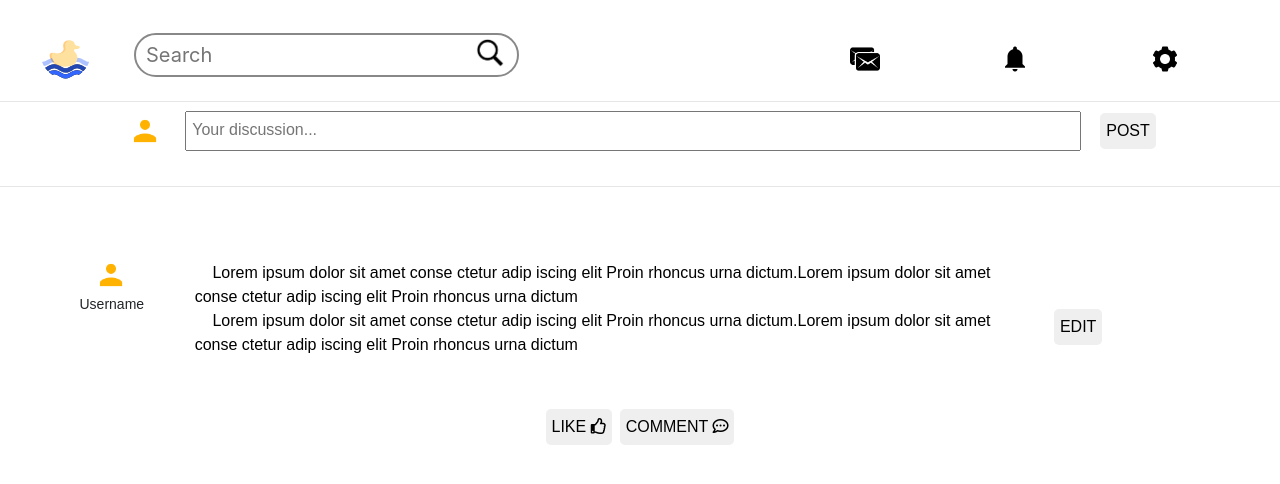
Repository: AOY311/DuckEdu
Page: discusion.html
These files come from the project's save history. The page is drawn as it stood at one moment and after the next save; the edit follows.
The browser window is 1280 px wide. The pictures show the whole page.
Some web libraries are served in a nearby version.

Above is the page before, as saved 2021-10-23 22:58:55.
Not found: comment.css

### discusion.html
<!DOCTYPE html>
<html lang="en">

<head>
    <meta charset="UTF-8" />
    <meta http-equiv="X-UA-Compatible" content="IE=edge" />
    <meta name="viewport" content="width=device-width, initial-scale=1.0" />
    <title>Comment</title>
    <link rel="stylesheet" href="comment.css" />

    <script src="https://kit.fontawesome.com/a0a7c0f0d8.js" crossorigin="anonymous"></script>

    <link rel="stylesheet" href="https://stackpath.bootstrapcdn.com/bootstrap/4.1.3/css/bootstrap.min.css" />
    <link rel="stylesheet" href="https://use.fontawesome.com/releases/v5.3.1/css/all.css" />
    <script src="https://cdnjs.cloudflare.com/ajax/libs/jquery/3.3.1/jquery.min.js"></script>
    <script src="https://stackpath.bootstrapcdn.com/bootstrap/4.1.3/js/bootstrap.min.js"></script>
    <link rel="stylesheet" href="CSS/toolbar.css">
    <style>
        .disc {
            margin: 0;
            padding: 0;
            font-family: sans-serif;
        }

        .img-avt {
            width: 50px;
            padding: 10px;
        }

        .ip-disc {
            height: 40px;
            padding: 6px;
            margin: 10px 15px;
            width: 70%;
            outline: none;
            resize: none;
            max-height: 200px;
        }

        .ip-disc::-webkit-scrollbar {
            display: none;
        }

        .btn {
            padding: 6px;
            width: fit-content;
            cursor: pointer;
            border-radius: 5px;
            transition: 0.25s;
            margin: 0 4px;
            outline: none;
            border: none;
        }

        .btn:hover {
            background-color: rgb(190, 190, 190);
        }

        .btn-like:hover {
            background-color: #74b9ff;
        }

        .btn-cmt:hover {
            background-color: #55efc4;
        }

        .body-disc {
            padding: 8px;
            margin-top: 11px;
            display: flex;
            flex-direction: column;
            justify-content: center;
            align-items: center;
        }

        .posted-disc {
            max-width: 1209px;
        }

        .ur-new-cmt {
            display: flex;
            flex-direction: column;
        }

        .posted-disc,
        .ur-new-cmt,
        .oth-cmted {
            display: flex;
            align-items: center;
            width: 100%;
            text-align: justify;
            justify-content: center;
            position: relative;
            margin-top: 40px;
        }

        .line-disc {
            padding: 6px;
            width: 70%;
            margin: 10px 15px;
            outline: none;
            resize: none;
            border: none;
        }

        .line-disc::-webkit-scrollbar {
            display: none;
        }

        .disc-react {
            text-align: center;
            display: flex;
            justify-content: space-between;
        }

        .username {
            position: absolute;
            top: 5px;
            left: 50px;
        }

        .username::after {
            content: "Username";
            position: absolute;
            top: 80%;
            left: -10px;
            font-size: 14px;
            padding: 4px;
        }

        .cmt-in-cmt {
            padding: 20px 40px;
            position: relative;
            display: flex;
            flex-direction: row;
            min-width: 810px;
        }

        textarea[readonly="true"] {
            height: fit-content;
        }

        .error_ms {
            display: block;
        }

        #dis_checkIp {
            margin-left: 150px;
            margin-top: -2%;
            color: red;
            display: none;
        }

        #com_checkIp {
            margin-left: 150px;
            color: red;
            display: none;
        }

        .header-disc {
            display: flex;
            align-items: center;
            justify-content: center;
            padding-bottom: 25px;
            box-shadow: rgba(17, 17, 26, 0.1) 0px 1px 0px;
        }

        .active-like {
            background-color: #74b9ff;
            color: #fff;
        }

        .active-cmt {
            background-color: #55efc4;
            color: #fff;
        }
    </style>
</head>

<body onload="hide_comment()">
    <div class="header">
        <nav class="header-contener">
            <div class="contener">
                <div class="side-left">
                    <span>
                        <a href="home.jsp" class="logo"><img id="logo_home" src="img/logo.svg" alt="logo"></a>
                         <div id="DuckEdu">
                             DUCK EDU
                         </div>
                    </span>
                    <span>
                        <div class="search">
                            <form action="#" method="GET">
                                <button class="icon btn-search " id="searchIcon" type="submit"><img src="./img/search.png" alt=""></button>
                                <input type="text" id="searchInput" placeholder="Search">
                            </form>
                            <div class="list-result-search">
                                <div class="result-search" id="a1" role="button" ><data>abcabcabcabcabcabcabcabcabcabcabcabcabcabcabcabc</data></div>
                                <div class="result-search" id="a2" role="button" >abc</div>
                                <div class="result-search" id="a3" role="button" >abc</div>
                                <div class="result-search" id="a4" role="button" >abc</div>
                                <div class="result-search" id="a5" role="button" >abc</div>
                                <div class="result-search" id="a6" role="button" >abc</div>
                            </div>
                        </div>
                    </span>
                </div>
                <div class="side-right">
                    <div class="option">
                        <nav>
                            <ul class="header_ul">
                                <li><img class="icon" src="img/message.png" alt="">
                                    <ul class="drop">
                                        <a href="message.html">
                                            <li>
                                                <img style="width: 25px; padding-right: 10px;" src="https://www.gravatar.com/avatar/205e460b479e2e5b48aec07710c08d50" /> some thing content there, Im handsome guy
                                            </li>
                                        </a>
                                        <a href="message.html">
                                            <li>
                                                <img style="width: 25px; padding-right: 10px;" src="https://www.gravatar.com/avatar/205e460b479e2e5b48aec07710c08d50" /> some thing content there, Im handsome guy
                                            </li>
                                        </a>

                                    </ul>
                                </li>
                                <li><img class="icon" src="img/bell.png" alt="">
                                    <ul class="drop">
                                        <li>
                                            <img style="width: 25px; padding-right: 10px;" src="https://www.gravatar.com/avatar/205e460b479e2e5b48aec07710c08d50" /> some thing content there, Im handsome guy
                                        </li>
                                    </ul>
                                </li>
                                <li><img class="icon" src="img/setting.png" alt="">
                                    <ul class="drop setting">
                                        <a style="width: 100%;" href="user.jsp">
                                            <li>
                                                <img style="width: 25px; padding-right: 10px;" src="https://www.gravatar.com/avatar/205e460b479e2e5b48aec07710c08d50" /> User
                                            </li>
                                        </a>
                                        <a style="width: 100%;" href="setting.jsp">
                                            <li>
                                                Setting page
                                            </li>
                                        </a>
                                        <li>
                                            Logout
                                        </li>
                                    </ul>
                                </li>
                            </ul>
                        </nav>
                    </div>
                </div>
            </div>
        </nav>
    </div>
    <div class="disc" id="disc-id">
        <!-- Your Input to Disscussion -->
        <div class="header-disc">
            <img src="./img/avt.png" alt="avatar" class="img-avt" />
            <textarea placeholder="Your discussion..." class="ip-disc" id="post-discusion-value"></textarea>
            <button type="submit" class="btn btn-post" id="post-discusion" onclick="postDiscusion()">
            POST
          </button>
        </div>
        <p id="dis_checkIp">INVALID</p>

        <!-- Body Disscussion -->
        <div class="body-disc">
            <!-- add div right there -->
            <div id="container-discusion"></div>
            <!-- posted disscussion -->
            <div class="posted-disc" id="test_id_2">
                <div class="username">
                    <img src="./img/avt.png" alt="avatar" class="img-avt" />
                </div>
                <textarea class="line-disc" id="test_id" readonly>
    Lorem ipsum dolor sit amet conse ctetur adip iscing elit Proin rhoncus urna dictum.Lorem ipsum dolor sit amet conse ctetur adip iscing elit Proin rhoncus urna dictum
    Lorem ipsum dolor sit amet conse ctetur adip iscing elit Proin rhoncus urna dictum.Lorem ipsum dolor sit amet conse ctetur adip iscing elit Proin rhoncus urna dictum
            </textarea>
                <button class="btn btn-edit" id="test_id_1" onclick="edit(this.id)">
              EDIT
            </button>
            </div>
            <div class="disc-react" id="post-form">
                <button class="btn btn-like">
              LIKE <i class="far fa-thumbs-up"></i>
            </button>
                <button class="btn btn-cmt" onclick="hide_comment()">
              COMMENT <i class="far fa-comment-dots"></i>
            </button>
            </div>

            <!-- Cmt in another post -->
            <div class="cmt-in-cmt" id="myDIV">
                <div class="ur-new-cmt">
                    <div class="username">
                        <img src="./img/avt.png" alt="avatar" class="img-avt" />
                    </div>
                    <textarea placeholder="Your discussion..." class="ip-disc" id="post-comment-value"></textarea>
                    <button type="submit" class="btn btn-post" id="post-comment" onclick="postComment()">
                POST
              </button>
                </div>
                <p id="com_checkIp">INVALID</p>

                <div id="container-comment"></div>

                <div class="oth-cmted">
                    <div class="username">
                        <img src="./img/avt.png" alt="avatar" class="img-avt img-oth" />
                    </div>
                    <textarea class="line-disc" readonly>
    Lorem ipsum dolor sit amet conse ctetur adip iscing elit Proin rhonc us urna dictum
                </textarea>
                    <button class="btn btn-like">
                LIKE <i class="far fa-thumbs-up"></i>
              </button>
                </div>
                <!-- <div class="disc-react">
              </div> -->
            </div>
        </div>
    </div>

    <script>
        const textarea = document.querySelectorAll("textarea");
        textarea.forEach((element) => {
            element.addEventListener("keydown", (e) => {
                element.style.height = "40px";
                let scHeight = e.target.scrollHeight;
                element.style.height = `${scHeight}px`;
            });
        });

        function resetArea(element) {
            element.style.height = "40px";

        }
        window.onload = function() {
            hide_comment();
        };

        function hide_comment() {
            var x = document.getElementById("myDIV");
            if (x.style.display === "none") {
                x.style.display = "block";
            } else {
                x.style.display = "none";
            }
        }

        function autoheight() {
            $(".line-disc").each(function() {
                $(this).height(this.scrollHeight);
            });
        }

        $(document).ready(function() {
            autoheight();
        });

        function postDiscusion() {
            var ms = document.getElementById("dis_checkIp");
            var textarea = document.getElementById("post-discusion-value");
            var result = textarea.value;
            if (!result.trim() == "") {
                ms.style.display = "none";

                jQuery("#container-discusion").append(
                    '<div class="posted-disc"><div class="username"><img src="./img/avt.png" alt="avatar" class="img-avt" /></div>' +
                    '<textarea class="line-disc" readonly>' +
                    result +
                    "</textarea>" +
                    '<button class="btn btn-edit">EDIT</button></div><div class="disc-react"><button class="btn btn-like">LIKE <i class="far fa-thumbs-up"></i></button><button class="btn btn-cmt" onclick="hide_comment()">COMMENT <i class="far fa-comment-dots"></i></button></div>'
                );
                autoheight();
            } else {
                ms.style.display = "block";
            }

            textarea.value = "";
            resetArea(textarea);
            //clean text area when submit
        }

        function postComment() {
            var ms = document.getElementById("com_checkIp");

            var textarea = document.getElementById("post-comment-value");
            var result = textarea.value;
            if (!result.trim() == "") {
                ms.style.display = "none";

                jQuery("#container-comment").append(
                    '<div class="oth-cmted"><div class="username"><img src="./img/avt.png" alt="avatar" class="img-avt img-oth" /></div>' +
                    '<textarea  class="line-disc" readonly>' +
                    result +
                    "</textarea>" +
                    '<button class="btn btn-like">LIKE <i class="far fa-thumbs-up"></i></div>'
                );
                autoheight();
            } else {
                ms.style.display = "block";
            }
            textarea.value = ""; //clean text area when submit
            resetArea(textarea);

        }

        function edit() {
            var elem = document.getElementById("test_id_1");
            if (elem.innerHTML == "EDIT") {
                elem.innerHTML = "DONE";
                var area = document.getElementById("test_id");
                area.readOnly = false;
                area.style.borderStyle = "solid";


            } else {
                elem.innerHTML = "EDIT";
                var area = document.getElementById("test_id");
                area.readOnly = true;
                area.style.borderStyle = "none";
            }
        }
        $(document).ready(function() {
            $(".btn-like").click(function() {
                $(this).toggleClass("active-like");
            });
        });

        $(document).ready(function() {
            $(".btn-cmt").click(function() {
                $(this).toggleClass("active-cmt");
            });
        });
    </script>
</body>

</html>

### CSS/toolbar.css
.header {
    height: 101px;
}

.header-contener {
    position: fixed;
    z-index: 10;
    top: 0px;
    width: 100%;
    padding: 10px 20px;
    background: white;
    box-shadow: rgba(17, 17, 26, 0.1) 0px 1px 0px;
}

.contener {
    height: 100%;
    display: flex;
    box-sizing: border-box;
    justify-content: space-between;
    align-items: center;
    flex-direction: row;
    min-width: auto;
    margin: 0 auto;
    padding-right: 20px;
    padding-left: 20px;
    max-width: 1240px;
}

#logo_home {
    width: 50px;
    left: 39px;
    top: 8px;
    margin-right: 5px;
}

.icon {
    width: 30px;
    height: 30px;
}

#searchIcon>img {
    position: absolute;
    width: 30px;
    height: 30px;
    left: 375px;
    top: 20px;
}

#searchInput {
    box-sizing: content-box;
    height: 40px;
    width: 325px;
    padding: 0 46px 0 10px;
    border-color: #888;
    border-radius: 35px;
    border-style: solid;
    border-width: 2px;
    margin-top: 15px;
    color: #333;
    font-size: 20px;
    -webkit-appearance: none;
    -moz-appearance: none;
}

#searchInput:focus {
    border: 0px;
}

.search {
    display: inline-block;
    align-items: center;
    position: relative;
}

.btn-search {
    background-color: transparent;
    border: none;
    color: none;
    cursor: pointer;
}

.button-38 {
    background-color: #FFFFFF;
    border: 0;
    border-radius: .5rem;
    box-sizing: border-box;
    color: #111827;
    font-family: "Inter var", ui-sans-serif, system-ui, -apple-system, system-ui, "Segoe UI", Roboto, "Helvetica Neue", Arial, "Noto Sans", sans-serif, "Apple Color Emoji", "Segoe UI Emoji", "Segoe UI Symbol", "Noto Color Emoji";
    font-size: .875rem;
    font-weight: 600;
    line-height: 1.25rem;
    padding: .75rem 1rem;
    text-align: center;
    text-decoration: none #D1D5DB solid;
    text-decoration-thickness: auto;
    box-shadow: 0 1px 3px 0 rgba(0, 0, 0, 0.1), 0 1px 2px 0 rgba(0, 0, 0, 0.06);
    cursor: pointer;
    -webkit-user-select: none;
    user-select: none;
    touch-action: manipulation;
}

.button-38:hover {
    background-color: rgb(249, 250, 251);
}

.button-38:focus {
    outline: 2px solid transparent;
    outline-offset: 2px;
}

.button-38:focus-visible {
    box-shadow: none;
}

.side-right span:not(:first-child) {
    margin-left: 10px;
}

ul .drop {
    background: none;
    list-style: none;
    padding: 0;
    margin: 0;
    display: inline-block;
    border-radius: 5px;
}

.header_ul>ul li {
    padding: 0 10px;
}

.header_ul li {
    display: flex;
    align-items: center;
    justify-content: center;
}

.header_ul>li {
    list-style: none;
    float: left;
    width: 150px;
    height: 65px;
    line-height: 65px;
    position: relative;
    font-size: 14px;
    color: rgba(0, 0, 0, 0.7);
    cursor: pointer;
}

.setting a {
    cursor: pointer;
}

ul.drop {
    position: absolute;
    top: 100%;
    left: 0%;
    width: 100%;
    padding: 0;
    border-radius: 0px;
}

ul.drop li {
    display: none;
    text-align: left;
    width: 150px;
    margin: 0px;
    background: white;
    border-radius: 0px;
    align-items: center;
    position: relative;
    white-space: nowrap;
    overflow: hidden !important;
    text-overflow: ellipsis;
}

ul.drop li:hover {
    background: rgb(235, 234, 234);
}

.setting {
    background: rgb(80, 150, 255) !important;
    border-radius: 0px;
}

ul.drop {
    border-radius: 0px 0px 5px 5px;
    overflow: hidden;
}

li:hover {
    background: rgba(218, 216, 216, 0.3);
    border-radius: 5px 5px 0 0;
}

li:hover>ul.drop li {
    display: block;
    z-index: 10;
}

ul.setting li {
    background: rgb(109, 189, 255);
    display: none;
}

ul.drop.setting li:hover {
    background: rgb(86, 154, 255);
    color: white;
}

@media only screen and (max-width: 500px) {
    .option {
        float: left;
    }
}

#DuckEdu {
    display: none;
}

.side-left span:hover>#DuckEdu {
    display: inline-block;
    -webkit-animation: tracking-in-expand 0.7s cubic-bezier(0.215, 0.610, 0.355, 1.000) both;
    animation: tracking-in-expand 0.7s cubic-bezier(0.215, 0.610, 0.355, 1.000) both;
}

.tracking-in-expand {
    -webkit-animation: tracking-in-expand 0.7s cubic-bezier(0.215, 0.610, 0.355, 1.000) both;
    animation: tracking-in-expand 0.7s cubic-bezier(0.215, 0.610, 0.355, 1.000) both;
}

.list-result-search {
    display: none;
    position: absolute;
    width: 100%;
    flex-direction: column;
    background: transparent;
    /* display: flex; */
    align-items: center;
    justify-content: center;
}

.result-search {
    width: 75%;
    height: 50px;
    background: white;
    padding: 5px;
    border: 1px solid;
    display: flex;
    align-items: center;
    justify-content: left;
}

.result-search:hover {
    background: #D1D5DB;
}

.result-search data {
    white-space: nowrap;
    overflow: hidden !important;
    text-overflow: ellipsis;
}


/* ----------------------------------------------
 * Generated by Animista on 2021-10-16 23:8:53
 * Licensed under FreeBSD License.
 * See http://animista.net/license for more info.
 * w: http://animista.net, t: @cssanimista
 * ---------------------------------------------- */


/**
 * ----------------------------------------
 * animation tracking-in-expand
 * ----------------------------------------
 */

@-webkit-keyframes tracking-in-expand {
    0% {
        letter-spacing: -0.5em;
        opacity: 0;
    }
    40% {
        opacity: 0.6;
    }
    100% {
        opacity: 1;
    }
}

@keyframes tracking-in-expand {
    0% {
        letter-spacing: -0.5em;
        opacity: 0;
    }
    40% {
        opacity: 0.6;
    }
    100% {
        opacity: 1;
    }
}

After the next save:
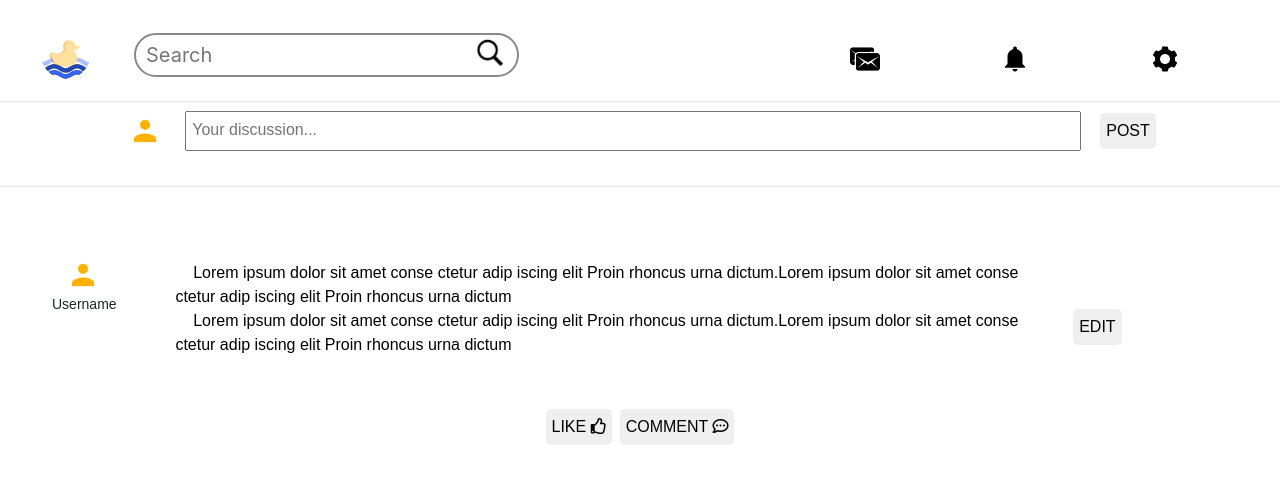
Saved 21 s later.
--- a/discusion.html
+++ b/discusion.html
@@ -74,7 +74,7 @@
         }
 
         .posted-disc {
-            max-width: 1209px;
+            max-width: 1309px;
         }
 
         .ur-new-cmt {
